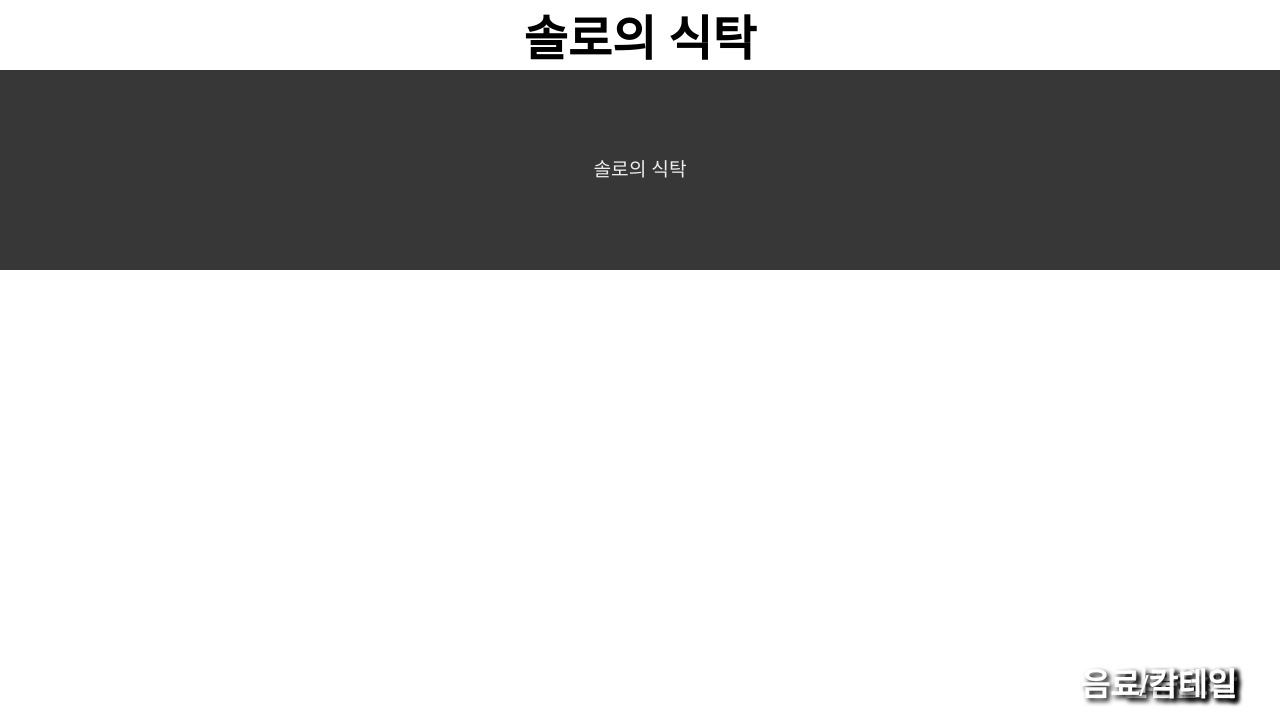
Repository: b1996om/HTML-CSS_study
Page: pro09/public/kimbom_1.html
An editor plug-in stored every save of this project. The page is shown before and after the next save, followed by the edit.
The browser window is 1280 px wide. The pictures show the whole page.

Above is the page before, as saved 2022-12-09 07:56:53.

### pro09/public/kimbom_1.html
<!DOCTYPE html>
<html lang="ko">
<head>
	<meta charset="utf-8">
	<title>솔로의 식탁</title>
	<link rel="stylesheet" href="css/style-result.css">
</head>
<body>
	<div id="con">
		<header>
			<h1>솔로의 식탁</h1>
		</header>
		<section class="menus">
			<div class="menu1">
				<h2>밥/죽</h2>
			</div>
			<div class="menu2">
				<h2>국/찌개</h2>
			</div>
			<div class="menu3">
				<h2>반찬</h2>
			</div>
			<div class="menu4">
				<h2>일품요리</h2>
			</div>
			<div class="menu5">
				<h2>음료/칵테일</h2>
			</div>
		</section>
		<section class="notice">

		</section>
		<footer>
			<p>솔로의 식탁</p>
		</footer>
	</div>
</body>
</html>

### pro09/public/css/style-result.css
@charset "utf-8";

* {
	margin:0;
	padding:0;
	box-sizing:border-box;
}
#con {
	width:100%;
}
header {
	width:100%;
}
header h1 {
	font-size:3em;
	text-align:center;
}
.menus {
	width:100%;
}
.munus > div {
	position:relative;
	height:400px;
	border:1px solid black;
	margin-bottom:15px;
}
.menu1, .menu2, .menu3, .menu4, .menu5 {
	width:100%;
}
.menus h2 {
	position:absolute;
	padding:5px;
	font-size:2em;
	color:white;
	text-shadow:3px 3px 5px black;
	right:3%;
	bottom:10px;
}
.menu1 {
	background:url("../images/dish1.jpg") no-repeat center;
	background-size:100% 100%;
}
.menu2 {
	background:url("../images/dish2.jpg") no-repeat center;
	background-size:100% 100%;
}
.menu3 {
	background:url("../images/dish3.jpg") no-repeat center;
	background-size:100% 100%;
}
.menu4 {
	background:url("../images/dish4.jpg") no-repeat center;
	background-size:100% 100%;
}
.menu5 {
	background:url("../images/dish5.jpg") no-repeat center;
	background-size:100% 100%;
}
footer {
	width:100%;
	background:#373737;
	height:200px;
}
footer p {
	font-size:1.2em;
	color:#eee;
	text-align:center;
	line-height:200px;
}

@media all and (min-width:768px) {
	.menus {
		display:flex;
		flex-wrap:wrap;
		justify-content:space-between;
	}
	.menu1, .menu2, .menu3, .menu4 {
		width:49%;
	}
	.menu5 {
		width:100%;
	}
}

@media all and (min-width:992px) {
	.menu1, .menu2, .menu3, .menu4, .menu5 {
		width:33%;
	}
	.menu5 {
		margin-left:0.5%;
		flex:2 2 0;
	}
}

After the next save:
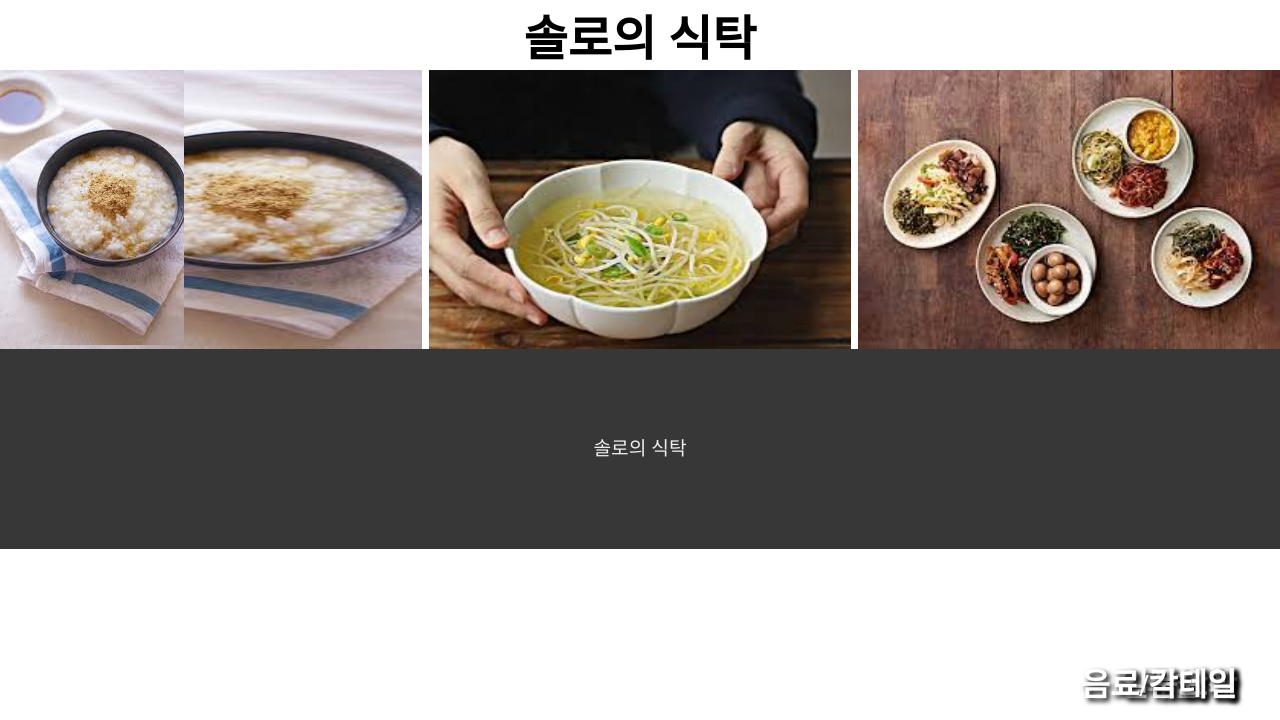
Saved 33 s later.
--- a/pro09/public/kimbom_1.html
+++ b/pro09/public/kimbom_1.html
@@ -12,6 +12,7 @@
 		</header>
 		<section class="menus">
 			<div class="menu1">
+				<img src="images/dish1.jpg">
 				<h2>밥/죽</h2>
 			</div>
 			<div class="menu2">

After the save that followed:
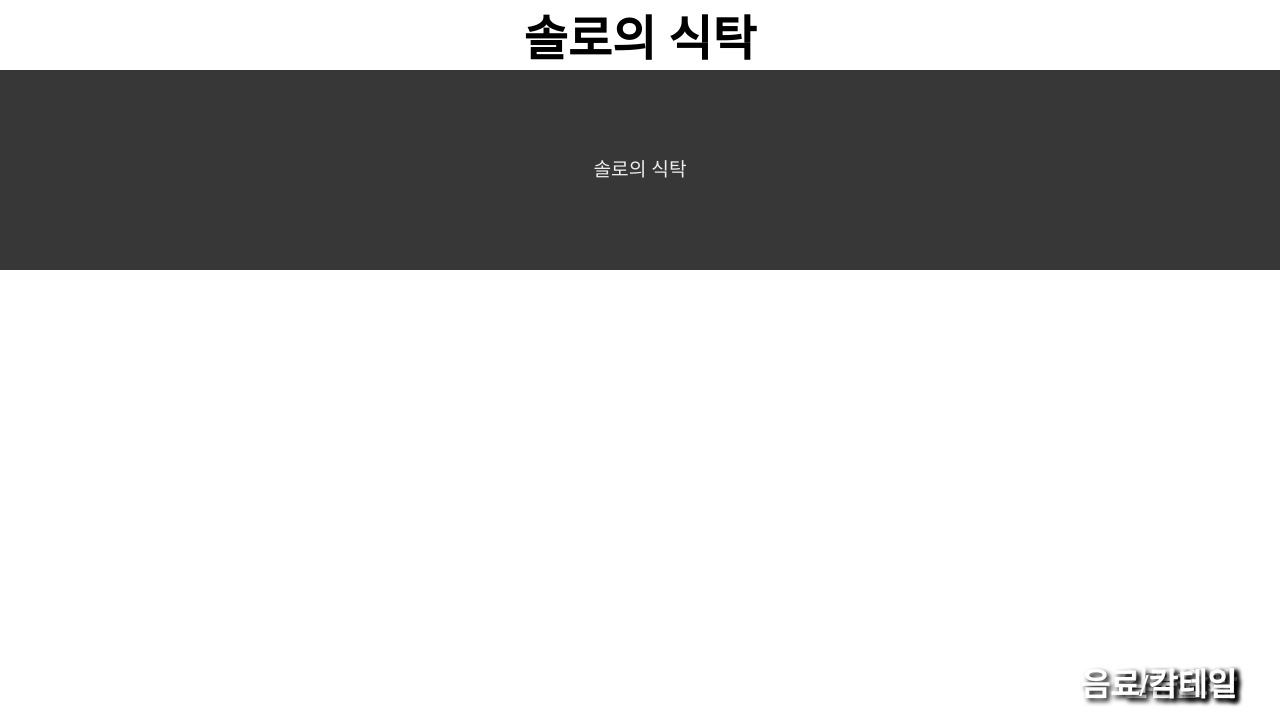
Saved 19 s later.
--- a/pro09/public/kimbom_1.html
+++ b/pro09/public/kimbom_1.html
@@ -12,7 +12,6 @@
 		</header>
 		<section class="menus">
 			<div class="menu1">
-				<img src="images/dish1.jpg">
 				<h2>밥/죽</h2>
 			</div>
 			<div class="menu2">
